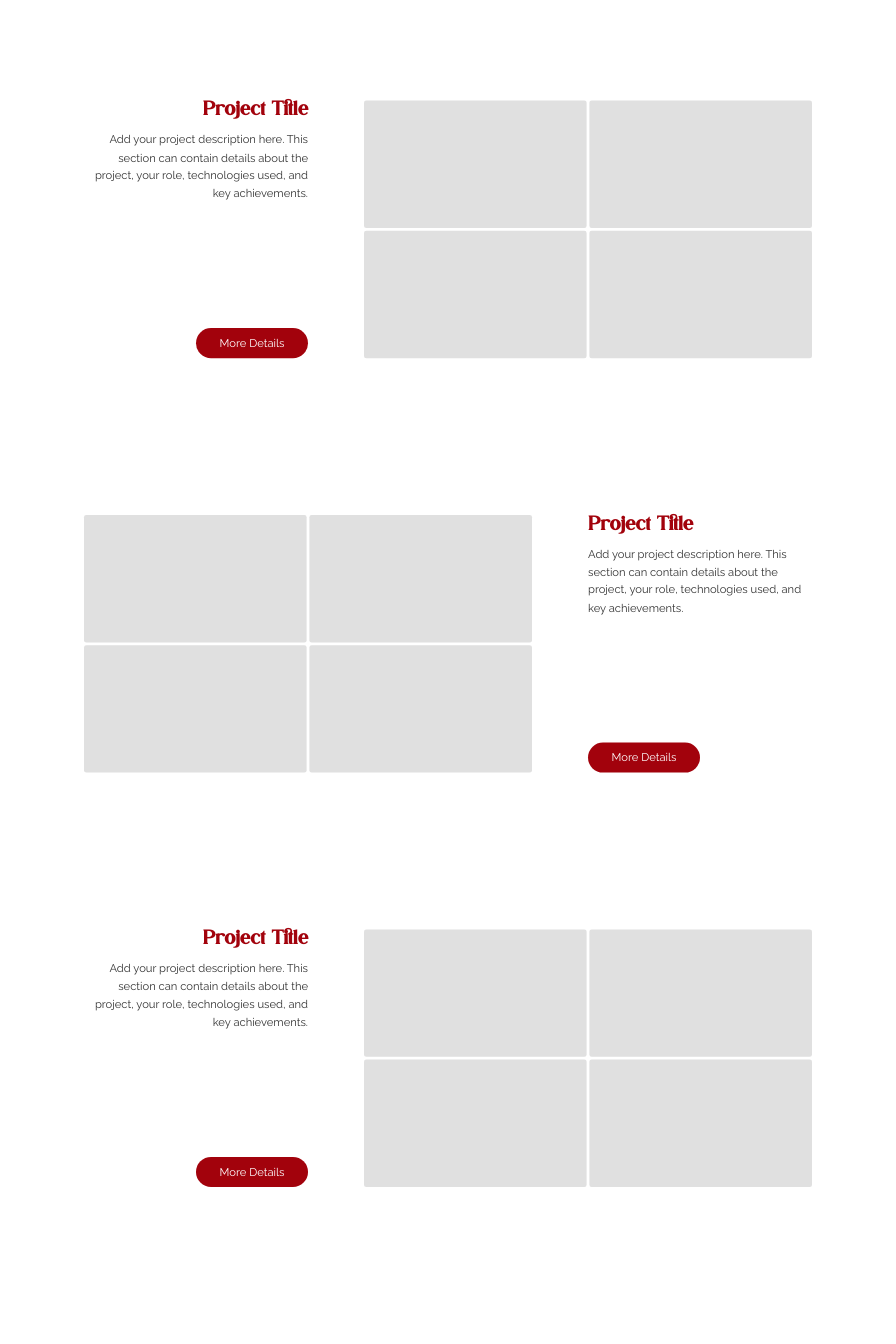
Repository: Micaelavalmores/Micaela-Portfolio
Page: /
An editor plug-in stored every save of this project. The page is shown before and after the next save, followed by the edit.
The browser window is 1280 px wide. The pictures show the part of the page from y = 1314 to 3234 px (the page is 3234 px tall before and 2642 px after), at 70% of full size.
The project was rebuilt for these pictures with package versions that can differ from the ones it lists, and the page was loaded fresh each time. The framework's server and built-in components were replaced by stand-ins that run in the browser. Also part of the build but not shown: next.config.mjs.

Above is the page before, as saved 2026-01-27 13:10:47.

### app/layout.js

import { Geist } from "next/font/google";
import { Raleway } from "next/font/google";
import "./globals.css";

const geistSans = Geist({
  variable: "--font-geist-sans",
  subsets: ["latin"],
});

const raleway = Raleway({
  variable: "--font-raleway",
  subsets: ["latin"],
});



export const metadata = {
  title: "Micaela Valmores",
  description: "Generated by create next app",
  icons: {
    icon: "/logos/micaela-logo.svg",
  },
};

export default function RootLayout({ children }) {
  return (
    <html lang="en">
      <body className={`${raleway.variable}`}>
        {children}
      </body>
    </html>
  );
}

### app/page.js
import Image from "next/image";
import styles from "./page.module.css";
import HomePage from "./home-page/page";

export default function Home() {
  return (
    <div className={styles.page}>
      <HomePage />
    </div>
  );
}

### app/globals.css
:root {
  --background: #ffffff;
  --foreground: #171717;
  --font-ghaista: 'Ghaista', var(--font-raleway);
}

@font-face {
  font-family: 'Ghaista';
  src: url('/fonts/Ghaitsa.ttf') format('truetype');
  font-weight: 400;
  font-style: normal;
  font-display: swap;
}

@media (prefers-color-scheme: dark) {
  :root {
    --background: #0a0a0a;
    --foreground: #ffffff;
  }
}

html,
body {
  max-width: 100vw;
  overflow-x: hidden;
}

body {
  color: var(--foreground);
  background: var(--background);
  font-family: var(--font-raleway);
  -webkit-font-smoothing: antialiased;
  -moz-osx-font-smoothing: grayscale;
}

* {
  box-sizing: border-box;
  padding: 0;
  margin: 0;
}

a {
  color: inherit;
  text-decoration: none;
}

@media (prefers-color-scheme: dark) {
  html {
    color-scheme: dark;
  }
}

/* Horizontal page margins */
body {
  margin-left: 10rem;
  margin-right: 10rem;
}

/* Tablet: screens between iPhone and iPad */
@media (min-width: 430px) and (max-width: 1024px) {
  body {
    margin-left: 4rem;
    margin-right: 4rem;
  }
}

/* iPad Pro 13in — reduce margins to 7rem */
@media (min-width: 1024px) and (max-width: 1366px) {
  body {
    margin-left: 7rem;
    margin-right: 7rem;
  }
}

/* Mobile horizontal margins: any width smaller than 430px */
@media (max-width: 430px) {
  body {
    margin-left: 3rem;
    margin-right: 3rem;
  }
}

### app/page.module.css
.page {
  --background: #ffffff;
  --foreground: #fff;

  --text-primary: #000;
  --text-secondary: #666;



  display: grid;
  grid-template-columns: 1fr;
  min-height: 100vh;
  font-family: var(--font-geist-sans);
  background-color: var(--background);
}

.Proj-sec {
  display: flex;
  flex-direction: column;
  align-items: center;
  gap: 2rem;
  padding: 2rem 0;
  background-color: #ffff;
  margin: 6rem 0;
  font-family: ghaista;
  color: #A2020C;
}

.intro-sec {
  display: flex;
  flex-direction: column;
  align-items: start;
  gap: 1rem;
  padding: 2rem 0;
  background-color: #ffff;
  margin: 7rem 0 0;
  /* border-bottom: solid 1px #A2020C; */
}

.intro-sec h1 {
  font-size: 4.5rem;
  font-weight: 500;
  margin: 0;
  font-family: ghaista;
  color: #A2020C;
}

.main {
  display: flex;
  min-height: 100vh;
  width: 100%;
  max-width: 800px;
  flex-direction: column;
  align-items: flex-start;
  justify-content: space-between;
  background-color: var(--foreground);
  padding: 120px 60px;
}

.intro {
  display: flex;
  flex-direction: column;
  align-items: flex-start;
  text-align: left;
  gap: 24px;
}

.intro h1 {
  max-width: 320px;
  font-size: 40px;
  line-height: 48px;
  letter-spacing: -2.4px;
  text-wrap: balance;
  color: var(--text-primary);
}

.intro p {
  max-width: 440px;
  font-size: 18px;
  line-height: 32px;
  text-wrap: balance;
  color: var(--text-secondary);
}

.intro a {
  font-weight: 500;
  color: var(--text-primary);
}

.ctas {
  display: flex;
  flex-direction: row;
  width: 100%;
  max-width: 440px;
  gap: 16px;
  font-size: 14px;
}

.ctas a {
  display: flex;
  justify-content: center;
  align-items: center;
  height: 40px;
  padding: 0 16px;
  border-radius: 128px;
  border: 1px solid transparent;
  transition: 0.2s;
  cursor: pointer;
  width: fit-content;
  font-weight: 500;
}

a.primary {
  background: var(--text-primary);
  color: var(--background);
  gap: 8px;
}

a.secondary {
  border-color: var(--button-secondary-border);
}

/* Enable hover only on non-touch devices */
@media (hover: hover) and (pointer: fine) {
  a.primary:hover {
    background: var(--button-primary-hover);
    border-color: transparent;
  }

  a.secondary:hover {
    background: var(--button-secondary-hover);
    border-color: transparent;
  }
}

@media (max-width: 600px) {
  .main {
    padding: 48px 24px;
  }

  .intro {
    gap: 16px;
  }

  .intro h1 {
    font-size: 32px;
    line-height: 40px;
    letter-spacing: -1.92px;
  }
}

@media (prefers-color-scheme: dark) {
  .logo {
    filter: invert();
  }

  .page {
    --background: #000;
    --foreground: #000;

    --text-primary: #ededed;
    --text-secondary: #999;

    --button-primary-hover: #ccc;
    --button-secondary-hover: #1a1a1a;
    --button-secondary-border: #1a1a1a;
  }
}

### app/home-page/page.js
import Link from 'next/link'
import styles from '../page.module.css'
import FtProj from '../components/FtProj'
import Navbar from '../components/Navbar'

export default function HomePage() {
  return (
    <main className={styles.page}>
      <nav className='Nav-bar'>
        </nav>
      <Navbar />
      <div className={styles['intro-sec']}>
        <span>Hi, I am</span>
        <h1>MICAELA</h1>
        <h1>VALMORES</h1>
        <span>UX UI Designer</span>
        <p>I turn complex problems into simple, accessible, and user-centred solutions that balance usability and aesthetics.</p>
      </div>
      <div className={styles['Proj-sec']}>
        <h1>FEATURED PROJECTS</h1>
        <FtProj reversed={false}/>
        <FtProj reversed={true} />
        <FtProj reversed={false}/>
        <FtProj reversed={true} />
      </div>
    </main>
  )
}

### app/components/FtProj.js
'use client';

import styles from './FtProj.module.css';

/*
  HOW TO USE:
  The FtProj component has two layout states controlled by the reversed prop:
  1. Default (reversed={false}): Images on left, text on right (left-justified)
  2. Reversed (reversed={true}): Text on left (right-justified), images on right

  Layout changes can only be controlled in the backend by passing the reversed prop.
  Users cannot change the layout.

  Usage examples:
  <FtProj /> - Standard layout
  <FtProj reversed={true} /> - Reversed layout
*/

export default function FtProj({ reversed = false }) {
  return (
    <div className={`${styles.container} ${reversed ? styles.reversed : ''}`}>
      {/* Left Column - Text (if reversed) / Images (if standard) */}
      {!reversed ? (
        // Standard: Images on left
        <div className={styles.imagesColumn}>
          <div className={styles.imagePlaceholder}></div>
          <div className={styles.imagePlaceholder}></div>
          <div className={styles.imagePlaceholder}></div>
          <div className={styles.imagePlaceholder}></div>
        </div>
      ) : (
        // Reversed: Text on left
        <div className={styles.textColumn}>
          <div className={styles.textContent}>
            <h2>Project Title</h2>
            <p>Add your project description here. This section can contain details about the project, your role, technologies used, and key achievements.</p>
          </div>
          <button className={styles.projectButton}>More Details</button>
        </div>
      )}

      {/* Right Column - Text (if standard) / Images (if reversed) */}
      {!reversed ? (
        // Standard: Text on right
        <div className={styles.textColumn}>
          <div className={styles.textContent}>
            <h2>Project Title</h2>
            <p>Add your project description here. This section can contain details about the project, your role, technologies used, and key achievements.</p>
          </div>
          <button className={styles.projectButton}>More Details</button>
        </div>
      ) : (
        // Reversed: Images on right
        <div className={styles.imagesColumn}>
          <div className={styles.imagePlaceholder}></div>
          <div className={styles.imagePlaceholder}></div>
          <div className={styles.imagePlaceholder}></div>
          <div className={styles.imagePlaceholder}></div>
        </div>
      )}
    </div>
  );
}

### app/components/Navbar.js
import Link from "next/link";
import Image from "next/image";
import styles from "./Navbar.module.css";

export default function Navbar() {
  return (
    <nav className={styles.navbar}>
      <Link href="/" className={styles.logoContainer}>
        <Image
          src="/logos/logo-name.svg"
          alt="Micaela Valmores"
          width={220}
          height={80}
          priority
        />
      </Link>

      <ul className={styles.navLinks}>
        <li>
          <Link href="/">Home</Link>
        </li>
        <li>
          <Link href="/projects-page">Projects</Link>
        </li>
        <li>
          <Link href="/contact">Contact</Link>
        </li>
      </ul>
    </nav>
  );
}

### app/components/FtProj.module.css
.container {
  width: 65rem;
  height: 25rem;
  display: grid;
  grid-template-columns: 1fr 1fr;
  gap: 5rem;
  padding: 1rem 0;
  margin: 5rem 0;
}

.container.reversed {
  grid-template-columns: 1fr 1fr;
}

.reversed .textContent {
  text-align: right;
}

.reversed .textColumn {
  text-align: right;
}

.reversed .projectButton {
  justify-self: end;
}

.imagesColumn {
  display: grid;
  grid-template-columns: 1fr 1fr;
  gap: 0.2rem;
  width: 40rem;
}

.imagePlaceholder {
  width: 100%;
  height: 100%;
  background-color: #e0e0e0;
  border-radius: 0.2rem;
}

.textColumn {
  display: grid;
  grid-template-rows: 1fr auto;
  gap: 2rem;
}

.textContent {
  display: flex;
  flex-direction: column;
}

.textColumn h2 {
  margin: 0 0 1rem 0;
  font-size: 1.75rem;
  font-family: ghaista;
}

.textColumn p {
  margin: 0;
  line-height: 1.6;
  color: #333;
  font-size: 1rem;
  font-family: raleway;
}

.projectButton {
  align-self: start;
  width: 10rem;
  padding: 0.75rem 1.5rem;
  background-color: #A2020C;
  color: #fff;
  border: none;
  border-radius: 5rem;
  font-size: 1rem;
  cursor: pointer;
  font-family: raleway;
}

.projectButton:hover {
  background-color: #b62d36;
}

### app/components/Navbar.module.css
.navbar {
  display: flex;
  justify-content: space-between;
  width: 100%;
  align-items: center;
  padding: 2rem 2rem;
  background-color: #ffffff;
  position: sticky;
  top: 0;
  z-index: 1000;
}

.logoContainer {
  display: flex;
  justify-self: start;
}

.logoContainer:hover {
  opacity: 0.8;
}

.navLinks {
  display: flex;
  gap: 2rem;
  list-style: none;
  margin: 0;
  padding: 0;
  align-items: center;
}

.navLinks li {
  margin: 0;
}

.navLinks a {
  text-decoration: none;
  color: #A2020C;
  font-size: 1.25rem;
  font-weight: 500;
  transition: color 0.3s ease;
  position: relative;
  border: solid 1px #A2020C;
  border-radius: 3rem;
  padding: 0.50rem 1.75rem;
  font-family: ghaista;
}

.navLinks a:hover {
  color: #0070f3;
}



.navLinks a:hover::after {
  width: 100%;
}

/* Responsive design */
/* @media (max-width: 768px) {
  .navbar {
    padding: 1rem 1.5rem;
  }

  .navLinks {
    gap: 1.5rem;
  }

  .navLinks a {
    font-size: 0.9rem;
  }
} */

/* @media (max-width: 480px) {
  .navbar {
    padding: 0.75rem 1rem;
  }

  .navLinks {
    gap: 1rem;
  }

  .navLinks a {
    font-size: 0.85rem;
  }
} */

After the next save:
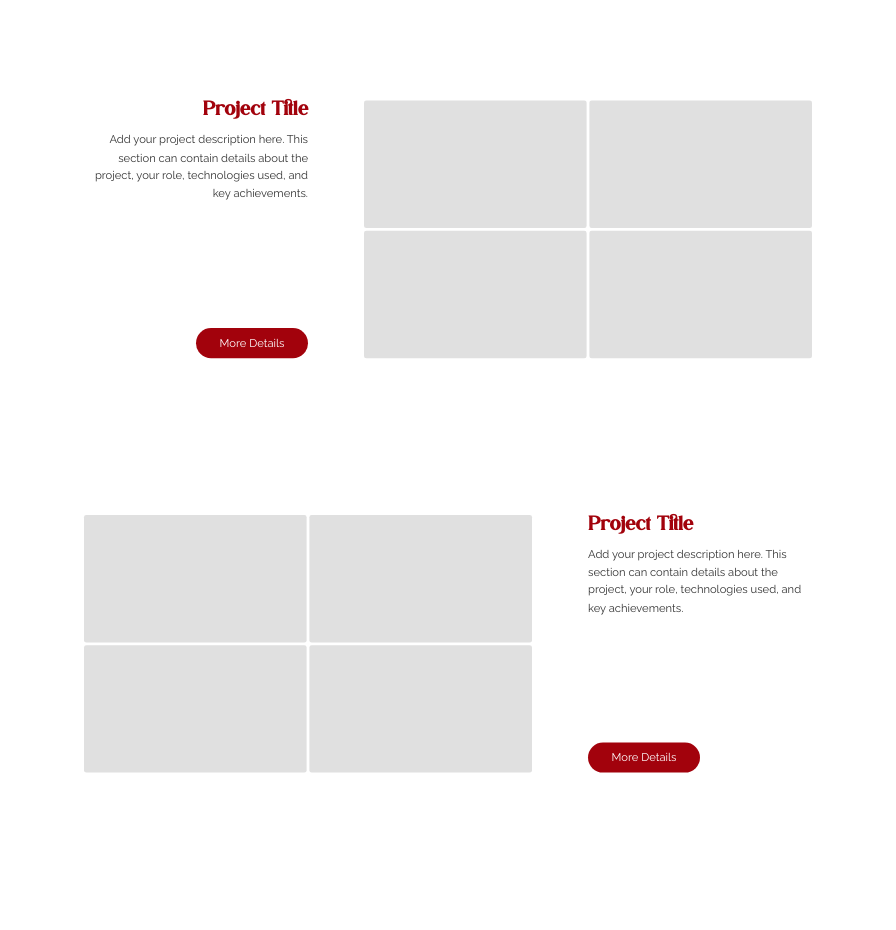
Saved 28 s later.
--- a/app/home-page/page.js
+++ b/app/home-page/page.js
@@ -21,7 +21,6 @@ export default function HomePage() {
         <FtProj reversed={false}/>
         <FtProj reversed={true} />
         <FtProj reversed={false}/>
-        <FtProj reversed={true} />
       </div>
     </main>
   )
